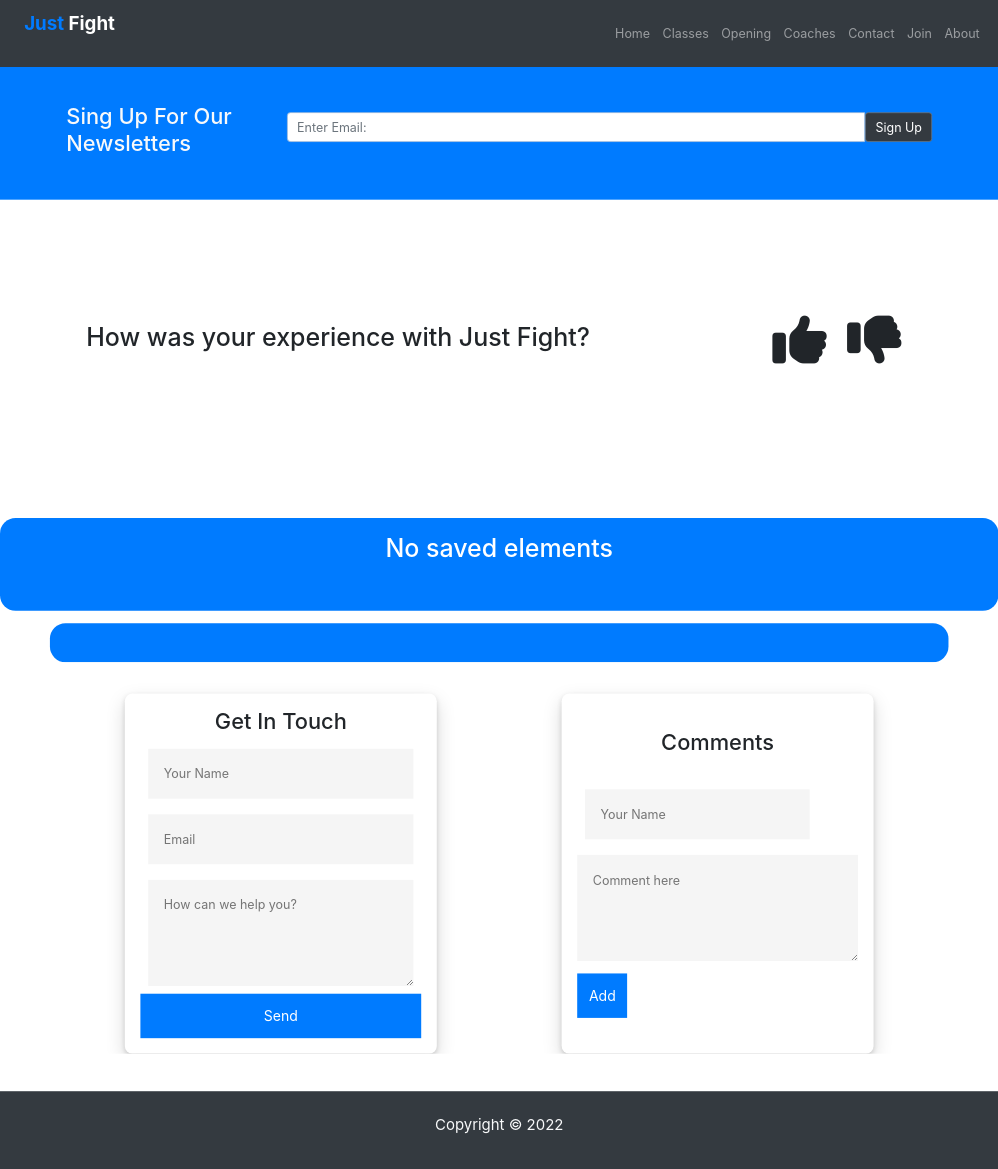
Repository: IonPara/Just-Fight
Page: review.html
These files come from the project's save history. The page is drawn as it stood at one moment and after the next save; the edit follows.
The browser window is 1280 px wide. The pictures show the whole page, at 78% of full size.
Some web libraries are served in a nearby version.

Above is the page before, as saved 2023-03-13 16:58:56.
Console error: ReferenceError: emailjs is not defined

After the next save:
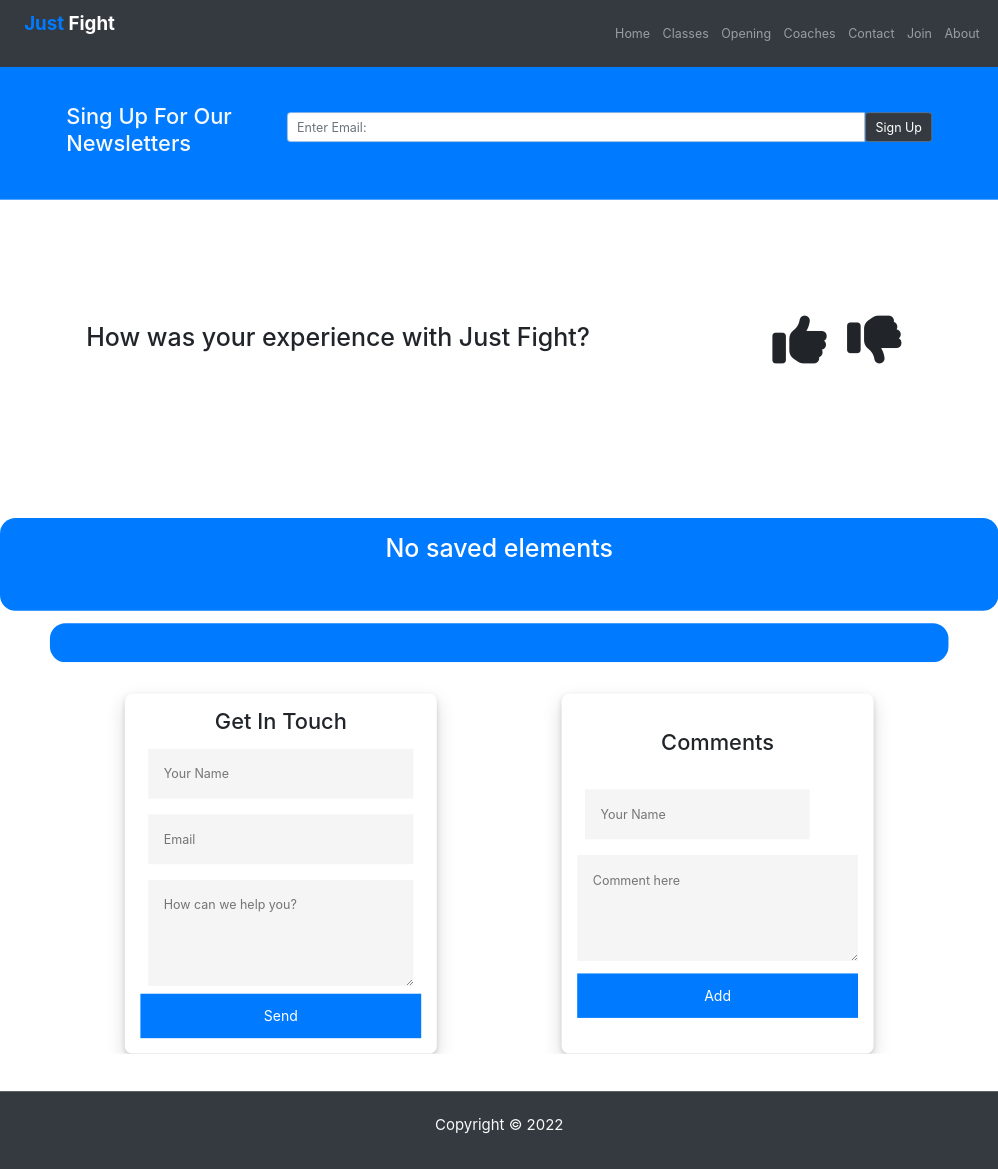
Saved 13 s later.
--- a/review.html
+++ b/review.html
@@ -163,7 +163,7 @@
         <div>
           <input type="text" name="name" placeholder="Your Name" id="name">
           <textarea id="comment" class='comment ml-0' name="message" rows="4" placeholder="Comment here"></textarea>
-          <button type="button" class="btn-primary"
+          <button type="button" class="btn-primary w-100"
             onclick="addComment(textValue, nValue), addToTheArray()">Add</button>
         </div>
       </form>
